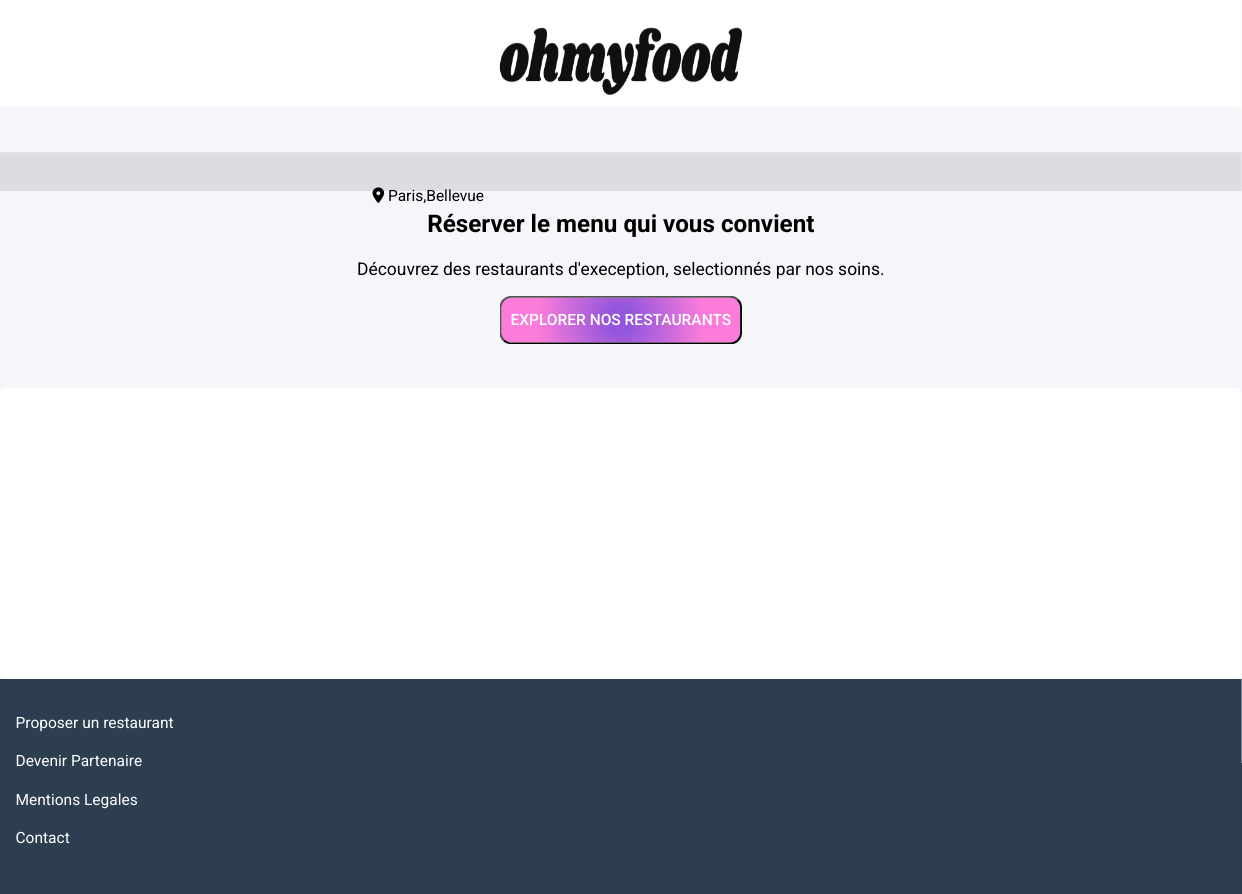
Repository: ultraasedev/ohmyfood
Page: index.html
The author's editor kept a copy of each file at every save. The page is drawn from the files as they stood at one save, then again after the next save.
The browser window is 1280 px wide. The pictures show the whole page, at 97% of full size.
Some web fonts or font styles are not loaded; a fallback is used. Some web libraries are served in a nearby version.

Above is the page before, as saved 2022-10-27 16:43:51.

### index.html
<!doctype html>
<html lang="fr">
    <head>
        <meta charset="UTF-8">
        <meta name="viewport" content="width=device-width,minimum-scale=1,initial-scale=1,maximum-scale=2">

      <title>Ohmyfood!  - Home</title>
       <meta name="description" content="Ohmyfood! est une entreprise de commande de repas en ligne. Notre concept permet aux
       utilisateurs de composer leur propre menu et réduire leur temps d’attente dans les
       restaurants car leur menu est préparé à l’avance. Plus de perte de temps à consulter la carte"/>
       <meta property="og:site_name" content="Ohmyfood!  - est une entreprise de commande de repas en ligne. Notre concept permet aux
       utilisateurs de composer leur propre menu et réduire leur temps d’attente dans les
       restaurants car leur menu est préparé à l’avance. Plus de perte de temps à consulter la carte" />
       <meta property="og:description" content="est une entreprise de commande de repas en ligne. Notre concept permet aux
       utilisateurs de composer leur propre menu et réduire leur temps d’attente dans les
       restaurants car leur menu est préparé à l’avance. Plus de perte de temps à consulter la carte" />




       <link type="text/css" rel="stylesheet" href="css/normalize.css"/>
       <link type="text/css" rel="stylesheet" href="css/all.min.css"/>
       <link type="text/css" rel="stylesheet" href="css/fontawesome.min.css"/>
       <link rel="preconnect" href="https://fonts.googleapis.com">
        <link rel="preconnect" href="https://fonts.gstatic.com" crossorigin>
       <link href="https://fonts.googleapis.com/css2?family=Roboto:ital,wght@0,100;0,300;0,400;0,500;0,700;0,900;1,100;1,300;1,400;1,500;1,700;1,900&family=Shrikhand&display=swap" rel="stylesheet">
       <script   src="https://kit.fontawesome.com/f132f25ed3.js" crossorigin="anonymous"></script>

       <link type="text/css" rel="stylesheet" href="css/style.css" />



       </head>

       <body>
<!--Nav + Logo-->
   <div class="nav">
    <div class="logo">
      <img src="images/logo/ohmyfood.png" alt="Ohmyfood !" class="logo"/>
    </div>
   </div>


<!--Header-->
<header>
  <!--Location-->
 <div class="location">
  <div class="villeloca"><p><i class="fa-sharp fa-solid fa-location-dot"></i> Paris,Bellevue</p></div>
</div>

  <div class="head-cont">
    <h2>Réserver le menu qui vous convient</h2>
    <p>Découvrez des restaurants d'exeception, selectionnés par nos soins.</p>

    <button class="btn-nav">
      Explorer nos restaurants
    </button>
  </div>
</header>

<!--Fonctionnement-->
<section class="cont-fonc">


</section>


<!--FOOTER-->
<footer>
  <div class="container-footer">
    <div class="card-footer">
      <!--<img src="images/logo/ohmyfood.png" alt="Ohmyfood !" height="20px" width="80px" style="margin-bottom: 10px;"/>-->
      <a href="#">Proposer un restaurant</a>
      <a href="#">Devenir Partenaire</a>
      <a href="#">Mentions Legales</a>
      <a href="#">Contact</a>

    </div>

</footer>

### css/style.css
*{
    box-sizing: border-box;
    font-family: var(--fontall);
    max-width: 1380px;

}
:root{

  /*Font*/
  --fontall: 'Roboto', sans-serif;
  --fontlg: 'Shrikhand' , cursive;

  /*color*/
  --primary: #9356DC;
  --secon: #FF79DA;
  --tert: #99E2D0;

  --greybg: #f5f6fa;

}


body{
    background-color:  var(--greybg);
    font-family: var(--fontall);
}

/* Nav*/
.nav{
  display: flex;
  height: 130px;
  width: 100%;
  background-color: #fff;
  align-items: center;
  align-content: center;
  text-align: center;
  margin-bottom: 10px;
}
/*Logo*/
.logo{
  position: relative;
  align-items: center;
  align-content: center;
  text-align: center;
  margin-right: auto;
  margin-left: auto;
}
.logo img{
  height: 70px;
  width: 250px;
}
/*Header*/
header{
  position: absolute;
  height: 300px;
  width: 100%;
  background-color: #f5f6fa;
  align-items: center;
  align-content: center;
  text-align: center;
  margin-top: -30px;
}
/*Location*/
.location{
  position: flex;
  background-color: #dcdde1;
  height: 40px;
  margin-top: -8px;
  align-items: center;
  align-content: center;
  text-align: center;
}
.location .villeloca{
  position: absolute;
  align-items: center;
  align-content: center;
  text-align: center;
  left: 30%;
}

/*Head-Cont*/

.head-cont h2{
  font-size: 25px;
  font-weight: bold;

}
.head-cont p{
  font-size: 18px;
  font-weight: 400;

}
/*Btn-nav*/
.btn-nav{
  align-items: center;
  align-content: center;
  text-transform: uppercase;
  transition: 0.5s;
  background: rgb(147,86,220);
  background: radial-gradient(circle, rgba(147,86,220,1) 10%, rgba(252,124,218,1) 69%);
  z-index: -1;
  transition: transform 400ms ease-in;
  color: #fff;
  width: 250px;
  height: 50px;
  overflow: hidden;
  text-decoration: none;
  border-radius: 12px;
 font-weight: 500;

}
/*Fonctionnement*/
.cont-fonc{
  position: relative;
  background-color: #fff;
  height: 300px;
  margin-top: 270px;
  border-radius: 5px;
}



footer {
  background-color: #2c3e50;
  padding: 32px 16px;
  color: #fff;
}
.container-footer {
  display: flex;
  max-width: 1330px;
  margin: auto;
  font-family: "Raleway", sans-serif;
  gap: 16px;
}
.card-footer {
  display: flex;
  flex-direction: column;
  min-width: 30%;
}

.card-footer a {
  margin-top: 5px;
  margin-bottom: 16px;
  text-decoration: none;
  color: inherit;
}

.card-footer a:hover {
  text-decoration: underline !important;
}

Loaded but not shown: css/normalize.css (library); css/all.min.css (library); css/fontawesome.min.css (library)

After the next save:
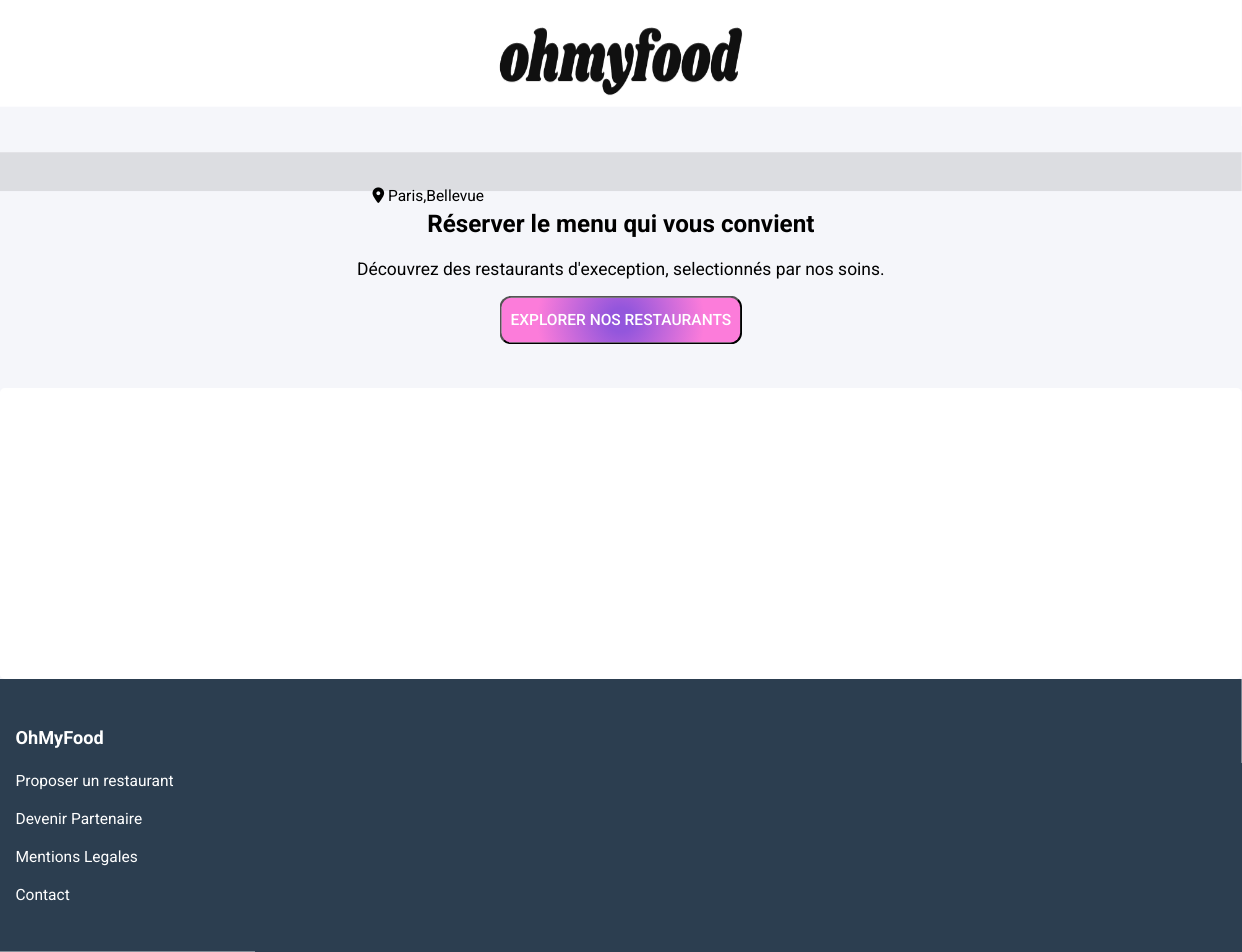
Saved 50 s later.
--- a/index.html
+++ b/index.html
@@ -69,6 +69,7 @@
 <footer>
   <div class="container-footer">
     <div class="card-footer">
+      <h3 style="font-family: 'Roboto';">OhMyFood</h3>
       <!--<img src="images/logo/ohmyfood.png" alt="Ohmyfood !" height="20px" width="80px" style="margin-bottom: 10px;"/>-->
       <a href="#">Proposer un restaurant</a>
       <a href="#">Devenir Partenaire</a>
